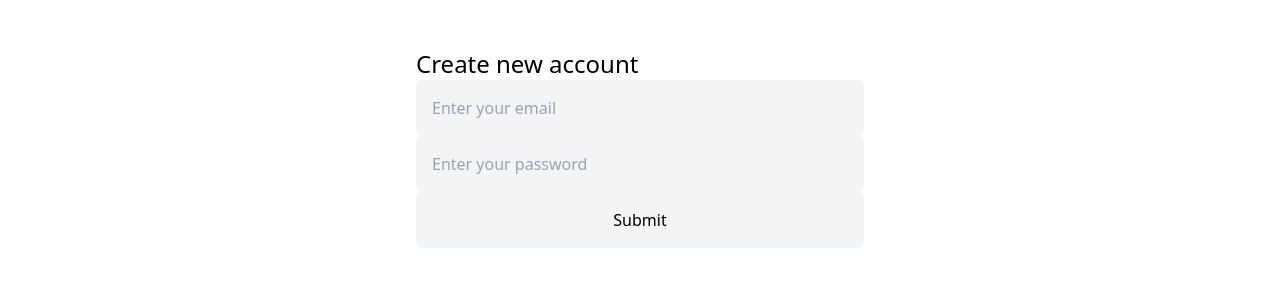
Repository: sevilgenysf/firebase
Page: /sign-up
An editor plug-in stored every save of this project. The page is shown before and after the next save, followed by the edit.
The browser window is 1280 px wide. The pictures show the whole page.
The project was rebuilt for these pictures with package versions that can differ from the ones it lists, and the page was loaded fresh each time. Also part of the build but not shown: src/pages/Home.js, src/pages/SignIn.js.

Above is the page before, as saved 2023-01-02 15:54:38.

### src/App.js
import { BrowserRouter as Router, Routes, Route } from 'react-router-dom';
import Home from './pages/Home';
import SignIn from './pages/SignIn';
import SignUp from './pages/SignUp';

const App = () => {
	return (
		<Router>
			<Routes>
				<Route path="/" element={<Home />} />
				<Route path="/sign-in" element={<SignIn />} />
				<Route path="/sign-up" element={<SignUp />} />
			</Routes>
		</Router>
	);
};

export default App;

### src/pages/SignUp.js
const SignUp = () => {
	return (
		<div className="max-w-md mx-auto py-12">
			<h1 className="text-2xl">Create new account</h1>
			<form className="flex flex-col">
				<input
					type="email"
					placeholder="Enter your email"
					className="p-4 bg-gray-100 rounded-md"
				/>
				<input
					type="password"
					placeholder="Enter your password"
					className="p-4 bg-gray-100 rounded-md"
				/>
				<input type="submit" className="p-4 bg-gray-100 rounded-md" />
			</form>
		</div>
	);
};

export default SignUp;

### tailwind.config.js
/** @type {import('tailwindcss').Config} */
module.exports = {
	content: ['./src/**/*.{js,jsx,ts,tsx}'],
	theme: {
		extend: {}
	},
	plugins: []
};

Loaded but not shown: public/index.html (common file); src/index.js (common file); src/index.css (common file); src/reportWebVitals.js (common file)

After the next save:
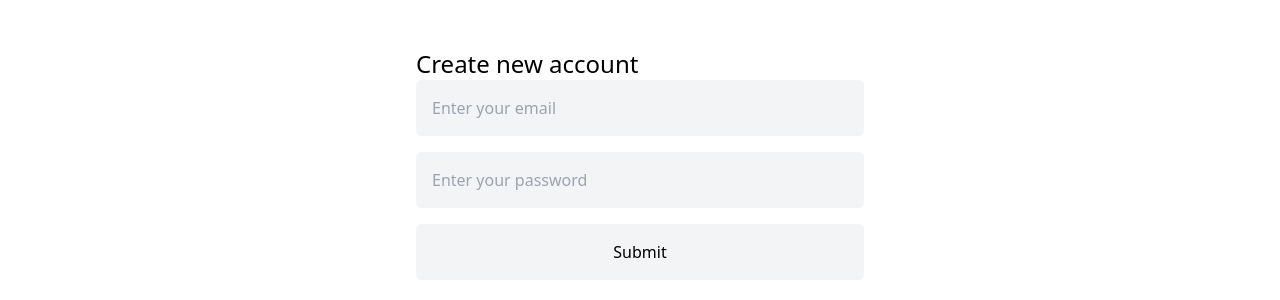
Saved 31 s later.
--- a/src/pages/SignUp.js
+++ b/src/pages/SignUp.js
@@ -2,7 +2,7 @@ const SignUp = () => {
 	return (
 		<div className="max-w-md mx-auto py-12">
 			<h1 className="text-2xl">Create new account</h1>
-			<form className="flex flex-col">
+			<form className="flex flex-col gap-4">
 				<input
 					type="email"
 					placeholder="Enter your email"
